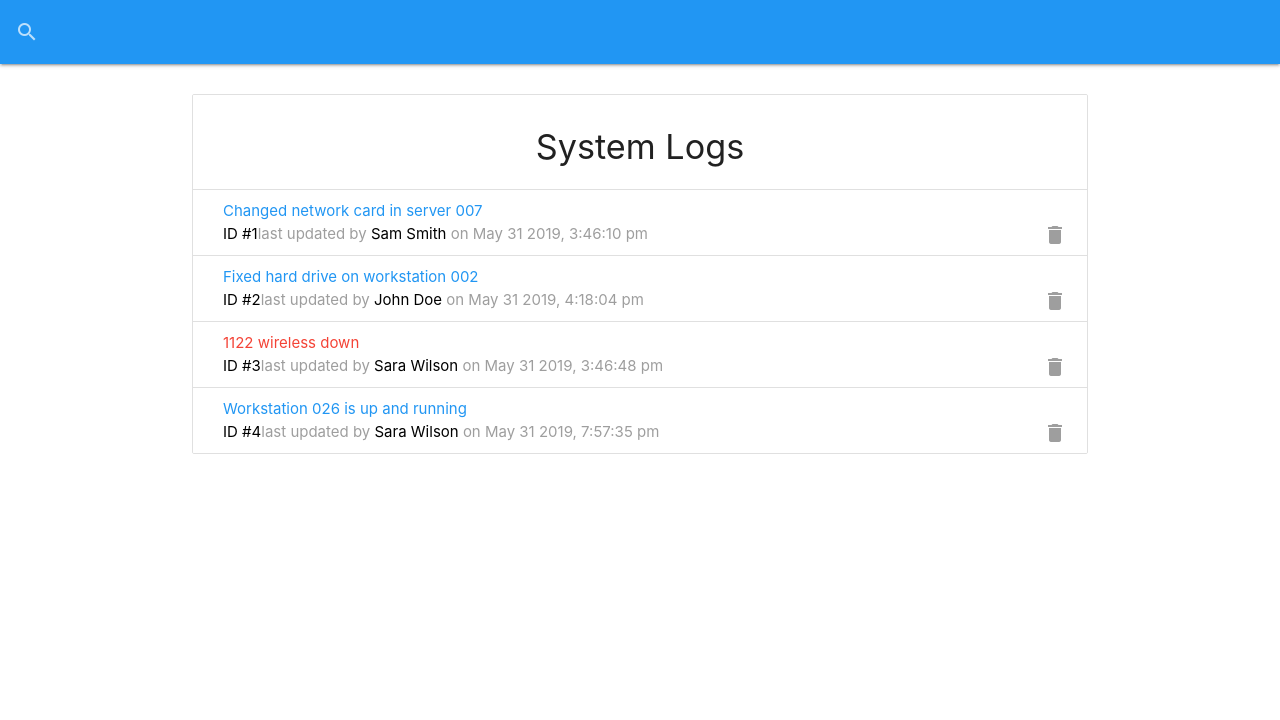
Repository: faraznisar/It-Logger
Page: /
These files come from the project's save history. The page is drawn as it stood at one moment and after the next save; the edit follows.
The browser window is 1280 px wide. The pictures show the whole page.
The project was rebuilt for these pictures with package versions that can differ from the ones it lists, and the page was loaded fresh each time. Requests to the local data server were answered from the project's data file. Also part of the build but not shown: src/App.css.

Above is the page before, as saved 2020-08-15 16:20:57.

### public/index.html
<!DOCTYPE html>
<html lang="en">
  <head>
    <meta charset="utf-8" />
    <meta name="viewport" content="width=device-width, initial-scale=1" />
    <meta name="theme-color" content="#000000" />
    <meta
      name="description"
      content="Web site created using create-react-app"
    />
    <link
      href="https://fonts.googleapis.com/icon?family=Material+Icons"
      rel="stylesheet"
    />

    <title>IT Logger</title>
  </head>
  <body>
    <noscript>You need to enable JavaScript to run this app.</noscript>
    <div id="root"></div>
  </body>
</html>

### src/App.js
import React, { useEffect, Fragment } from "react";
import "materialize-css/dist/css/materialize.min.css";
import M from "materialize-css/dist/js/materialize.min.js";
import "./App.css";

import SearchBar from "./components/layout/SearchBar";
import Logs from "./components/logs/Logs";

function App() {
  useEffect(() => {
    M.AutoInit();
  });
  return (
    <Fragment>
      <SearchBar />
      <div className="container">
        <Logs />
      </div>
    </Fragment>
  );
}

export default App;

### src/components/layout/SearchBar.js
import React from "react";

const SearchBar = () => {
  return (
    <nav style={{ marginBottom: "30px" }} className="blue">
      <div className="nav-wrapper">
        <form>
          <div className="input-field">
            <input id="search" type="search" />
            <label className="label-icon" htmlFor="search">
              <i className="material-icons">search</i>
            </label>
            <i className="material-icons">close</i>
          </div>
        </form>
      </div>
    </nav>
  );
};

export default SearchBar;

### src/components/logs/Logs.js
import React, { useState, useEffect } from "react";

import LogItem from "./LogItem";
import Preloader from "../layout/Preloader";
const Logs = () => {
  const [logs, setLogs] = useState([]);

  const [loading, setLoading] = useState(false);

  useEffect(() => {
    getLogs();
    //eslint-disable-next-line
  }, []);

  const getLogs = async () => {
    setLoading(true);
    const res = await fetch("/logs");
    const data = await res.json();

    setLogs(data);
    setLoading(false);
  };

  if (loading) {
    return <Preloader />;
  }
  return (
    <ul className="collection with-header">
      <li className="collection-header">
        <h4 className="center">System Logs</h4>
      </li>
      {!loading && logs.length === 0 ? (
        <p className="center">No logs to display...</p>
      ) : (
        logs.map((log) => <LogItem log={log} key={log.id} />)
      )}
    </ul>
  );
};

export default Logs;

### src/components/logs/LogItem.js
import React from "react";
import PropTypes from "prop-types";
import Moment from "react-moment";

const LogItem = ({ log }) => {
  return (
    <li className="collection-item">
      <div>
        <a
          href="#edit-log-modal"
          className={`modal-trigger ${
            log.attention ? "red-text" : "blue-text"
          }`}
        >
          {log.message}
        </a>
        <br />
        <span className="grey-text">
          <span className="black-text">ID #{log.id}</span>
          last updated by <span className="black-text">{log.tech}</span> on{" "}
          <Moment format="MMMM DD YYYY, h:mm:ss a">{log.date}</Moment>
        </span>
        <a href="#!" className="secondary-content">
          <i className="material-icons grey-text">delete</i>
        </a>
      </div>
    </li>
  );
};

LogItem.propTypes = {
  log: PropTypes.object.isRequired,
};

export default LogItem;

### db.json
{
  "logs": [
    {
      "message": "Changed network card in server 007",
      "attention": false,
      "tech": "Sam Smith",
      "date": "2019-05-31T15:46:10.179Z",
      "id": 1
    },
    {
      "id": 2,
      "message": "Fixed hard drive on workstation 002",
      "attention": false,
      "tech": "John Doe",
      "date": "2019-05-31T16:18:04.245Z"
    },
    {
      "message": "1122 wireless down",
      "attention": true,
      "tech": "Sara Wilson",
      "date": "2019-05-31T15:46:48.690Z",
      "id": 3
    },
    {
      "id": 4,
      "message": "Workstation 026 is up and running",
      "attention": false,
      "tech": "Sara Wilson",
      "date": "2019-05-31T19:57:35.544Z"
    }
  ],
  "techs": [
    {
      "id": 1,
      "firstName": "John",
      "lastName": "Doe"
    },
    {
      "id": 2,
      "firstName": "Sam",
      "lastName": "Smith"
    },
    {
      "id": 3,
      "firstName": "Sara",
      "lastName": "Wilson"
    },
    {
      "firstName": "Faraz",
      "lastName": "Shah",
      "id": 4
    }
  ]
}

### src/components/layout/AddBtn.js
import React from "react";

const AddBtn = () => {
  return (
    <div className="fixed-action-btn">
      <a
        href="#add-log-modal"
        className="btn-floating btn-large blue darken-2 modal-trigger"
      >
        <i className="large material-icons">add</i>
      </a>
      <ul>
        <li>
          <a
            href="#tech-list-modal"
            className="btn-floating green modal-trigger"
          >
            <i className="material-icons">person</i>
          </a>
        </li>
        <li>
          <a href="#tech-modal" className="btn-floating red modal-trigger">
            <i className="material-icons">person_add</i>
          </a>
        </li>
      </ul>
    </div>
  );
};

export default AddBtn;

Loaded but not shown: src/index.js (common file); src/components/layout/Preloader.js (common file)

After the next save:
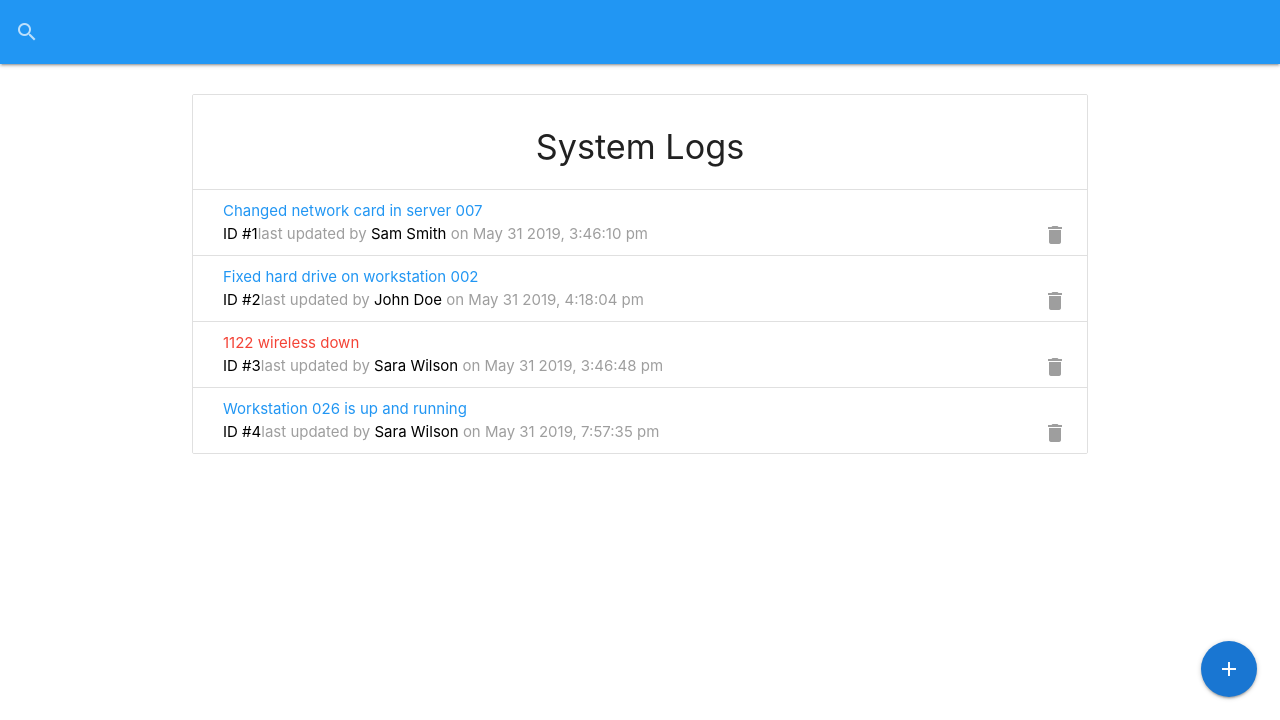
Saved 99 s later.
--- a/src/App.js
+++ b/src/App.js
@@ -5,6 +5,7 @@ import "./App.css";
 
 import SearchBar from "./components/layout/SearchBar";
 import Logs from "./components/logs/Logs";
+import AddBtn from "./components/layout/AddBtn";
 
 function App() {
   useEffect(() => {
@@ -15,6 +16,7 @@ function App() {
       <SearchBar />
       <div className="container">
         <Logs />
+        <AddBtn />
       </div>
     </Fragment>
   );
